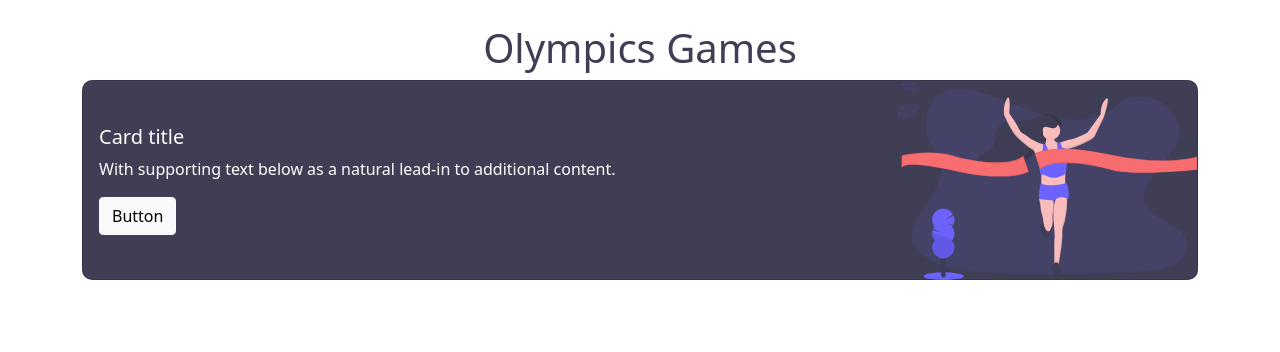
Repository: ahmedazawi/olympic_games
Page: client/views/index.html
These files come from the project's save history. The page is drawn as it stood at one moment and after the next save; the edit follows.
The browser window is 1280 px wide. The pictures show the whole page.

Above is the page before, as saved 2021-12-24 13:01:43.

After the next save:
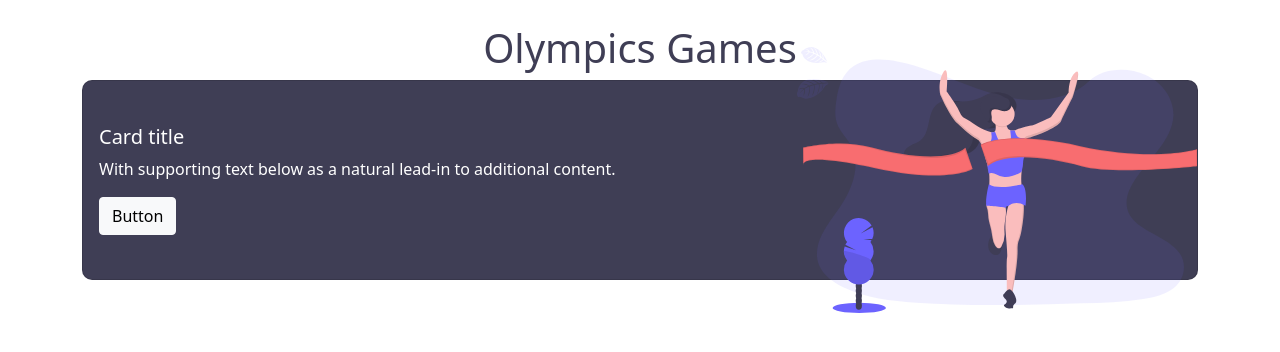
Saved 7 s later.
--- a/client/views/index.html
+++ b/client/views/index.html
@@ -30,7 +30,7 @@
                             <a href="#" class="btn btn-light ">Button</a>
                         </div>
                         <div>
-                            <img src="/svg/1.svg" width="300">
+                            <img src="/svg/1.svg" width="400">
                         </div>
                     </div>
                 </div>
